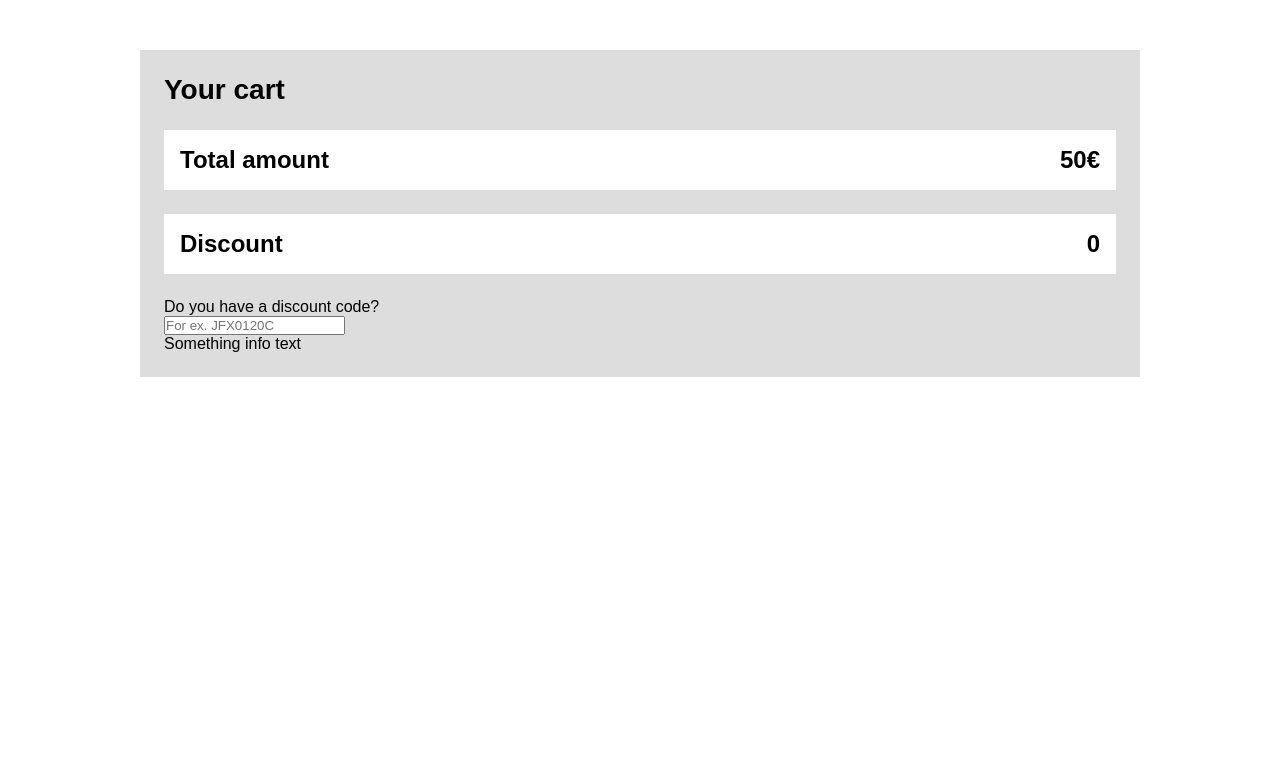
Repository: kcvijay/cart-discoutcodes
Page: /
An editor plug-in stored every save of this project. The page is shown before and after the next save, followed by the edit.
The browser window is 1280 px wide. The pictures show the whole page.
The project was rebuilt for these pictures with package versions that can differ from the ones it lists, and the page was loaded fresh each time. Also part of the build but not shown: src/App.css.

Above is the page before, as saved 2023-05-17 11:31:21.

After the next save:
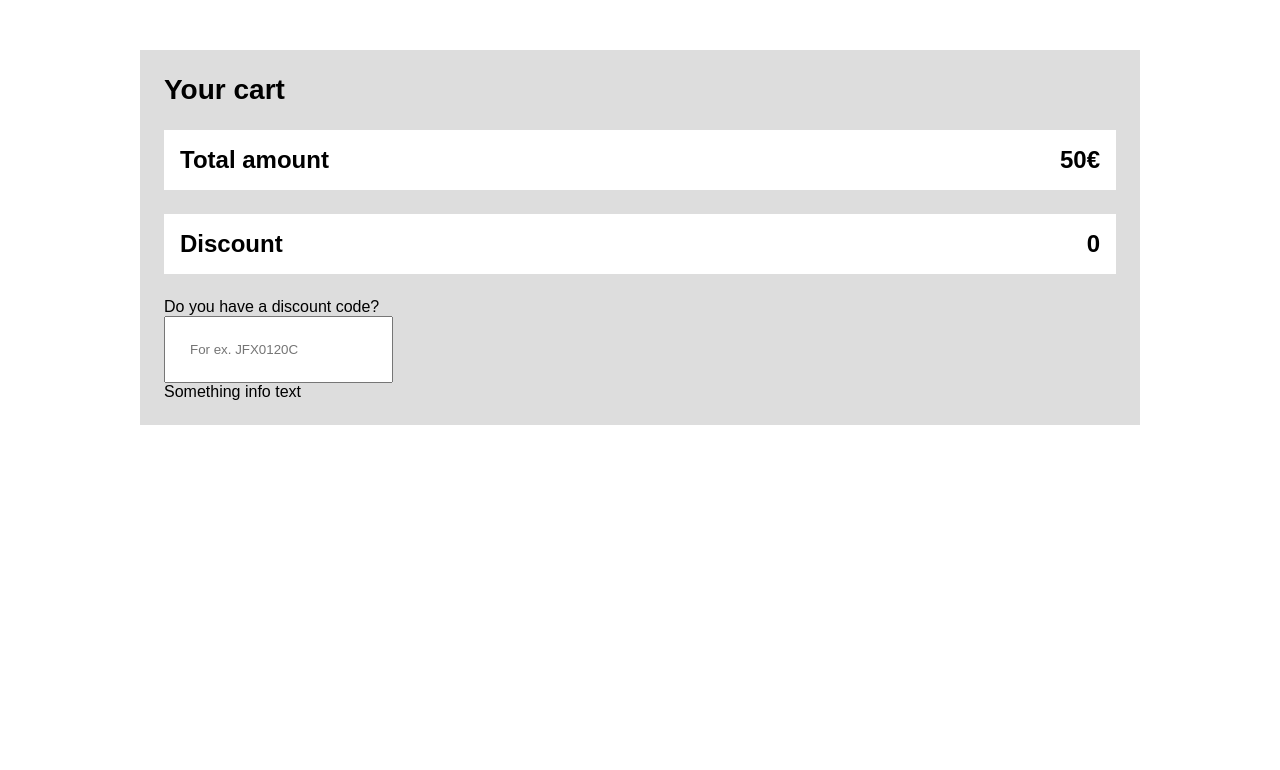
Saved 19 s later.
--- a/src/index.css
+++ b/src/index.css
@@ -38,3 +38,7 @@ form label {
   display: block;
   margin-bottom: 1rem;
 }
+
+form input {
+  padding: 1.5rem;
+}
